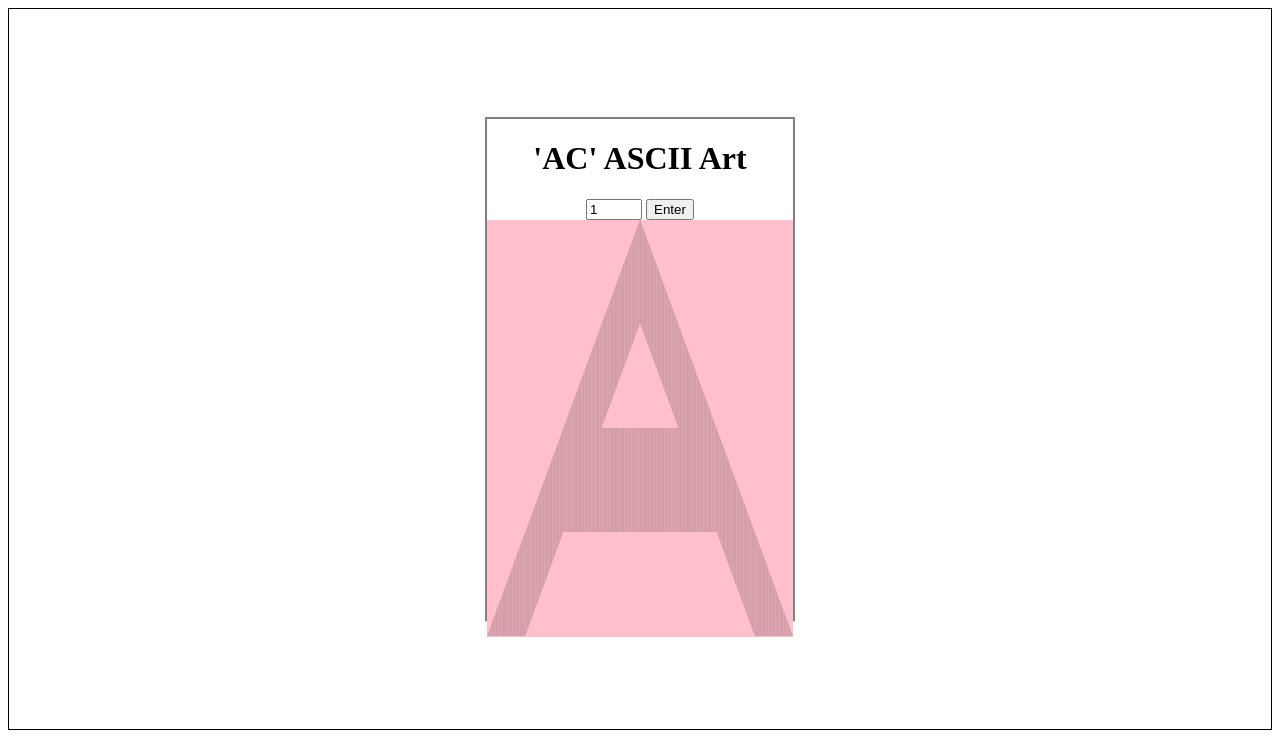
Repository: Achorn/ascii-art
Page: index.html
The author's editor kept a copy of each file at every save. The page is drawn from the files as they stood at one save, then again after the next save.
The browser window is 1280 px wide. The pictures show the whole page.

Above is the page before, as saved 2021-08-09 18:48:17.

### index.html
<!DOCTYPE html>
<html lang="en">
  <head>
    <link rel="stylesheet" href="styles.css" />
    <meta charset="UTF-8" />
    <meta http-equiv="X-UA-Compatible" content="IE=edge" />
    <meta name="viewport" content="width=device-width, initial-scale=1.0" />
    <title>Document</title>
  </head>
  <body>
    <form>
      <h1>'AC' ASCII Art</h1>
      <input type="number" min="1" value="1" max="10" />
      <button>Enter</button>
      <div id="ascii-container">
        <div id="a-container">
          <p id="mono-a" style="font-family: 'Lucida Console', monospace"></p>
        </div>
        <div id="c-container">
          <p id="mono-c" style="font-family: 'Lucida Console', monospace"></p>
        </div>
      </div>
    </form>
    <script type="text/javascript" src="myscripts.js"></script>
  </body>
</html>

### styles.css
body {
  border: 1px solid black;
  display: flex;
  flex-direction: column;
  justify-content: center;
  align-items: center;
  height: 100vh;
}

form {
  border: 2px solid grey;
  height: 500px;
  /* width: 400px; */
  text-align: center;
}

#ascii-container {
  display: flex;
}

#a-container {
  background-color: pink;
}
#c-container {
  background-color: pink;
}
#mono-a {
  /* font-size: 25.5vw; */

  white-space: pre;
}
#mono-c {
  white-space: pre;
}

### myscripts.js
let oneA = ["A"];
let twoA = [
  [" ", "A", " "],
  ["A", " ", "A"],
];
let threeA = [
  [" ", " ", "A", " ", " "],
  ["", "A", "A", "A", ""],
  ["A", "", "", "", "A"],
];

let four = [
  [" ", " ", " ", "A"],
  [" ", " ", "A", " "],
  [" ", "A", "A", "A"],
  ["A", " ", " ", " "],
];

let eight = [
  [" ", " ", " ", " ", " ", " ", " ", "A"],
  [" ", " ", " ", " ", " ", " ", "A", "A"],
  [" ", " ", " ", " ", " ", "A", "A", " "],
  [" ", " ", " ", " ", "A", "A", "A", "A"],
  [" ", " ", " ", "A", "A", "A", "A", "A"],
  [" ", " ", "A", "A", " ", " ", " ", " "],
  [" ", "A", "A", " ", " ", " ", " ", " "],
  ["A", "A", " ", " ", " ", " ", " ", " "],
];

function scaleSpread(array, factor) {
  const scaled = [];

  for (const row of array) {
    let x = [];

    for (const item of row) x.push(...Array(factor).fill(item));

    scaled.push(...Array(factor).fill(x));
  }

  return scaled;
}

function arrToString(arr) {
  let string = "";
  for (let i = 0; i < arr.length; i++) {
    string += arr[i].join("") + "<br>";
  }
  return string;
}

function halfArrToString(arr) {
  let string = "";
  for (let i = 0; i < arr.length; i++) {
    string += arr[i].join("");
    let rev = arr[i].slice();
    string += rev.reverse().join("");
    string += "<br>";
  }
  return string;
}
function trimA(arr, lWidth) {
  for (i = 0; i < arr.length; i++) {
    let disp = lWidth - (i % lWidth) - 1;
    let newArr = arr[i].slice();
    for (let j = 0; j < disp; j++) {
      newArr.pop();
      newArr.unshift(" ");
    }
    arr[i] = newArr;
  }
}

let monoA = document.getElementById("mono-a");
let monoC = document.getElementById("mono-c");
let scale = 104;
let scaledFour = scaleSpread(four, scale);
trimA(scaledFour, scale);

let scaledEight = scaleSpread(eight, 5);
trimA(scaledEight, 4);
// mono.innerHTML = halfArrToString(scaleSpread(four, 7));
monoA.style.fontSize = `${5 / scale}vw`;
// monoC.style.fontSize = `${4 / scale}em`;
monoA.innerHTML = halfArrToString(scaledFour);
// monoC.innerHTML = arrToString(scaledEight);
// mono.innerHTML += arrToString(scaleSpread(eight, 1));

After the next save:
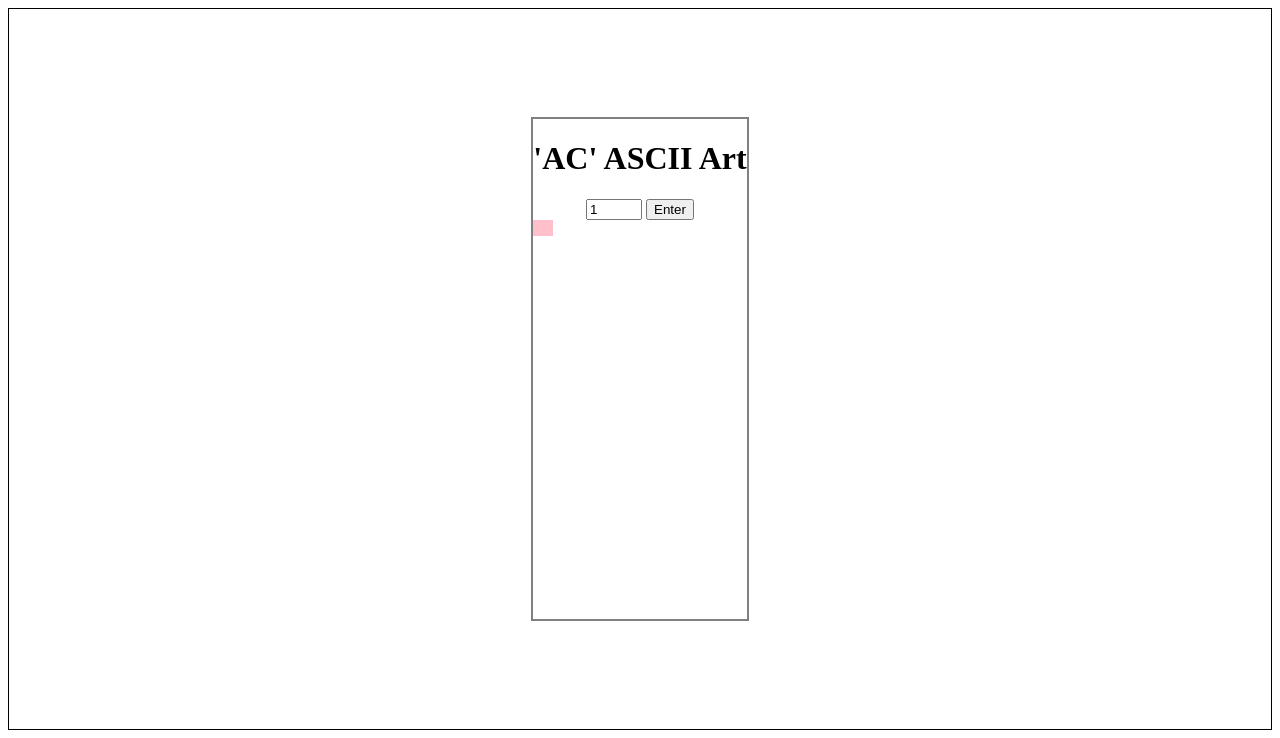
Saved 39 s later.
--- a/myscripts.js
+++ b/myscripts.js
@@ -80,7 +80,7 @@ trimA(scaledFour, scale);
 let scaledEight = scaleSpread(eight, 5);
 trimA(scaledEight, 4);
 // mono.innerHTML = halfArrToString(scaleSpread(four, 7));
-monoA.style.fontSize = `${5 / scale}vw`;
+monoA.style.fontSize = `${5 / scale}px`;
 // monoC.style.fontSize = `${4 / scale}em`;
 monoA.innerHTML = halfArrToString(scaledFour);
 // monoC.innerHTML = arrToString(scaledEight);
